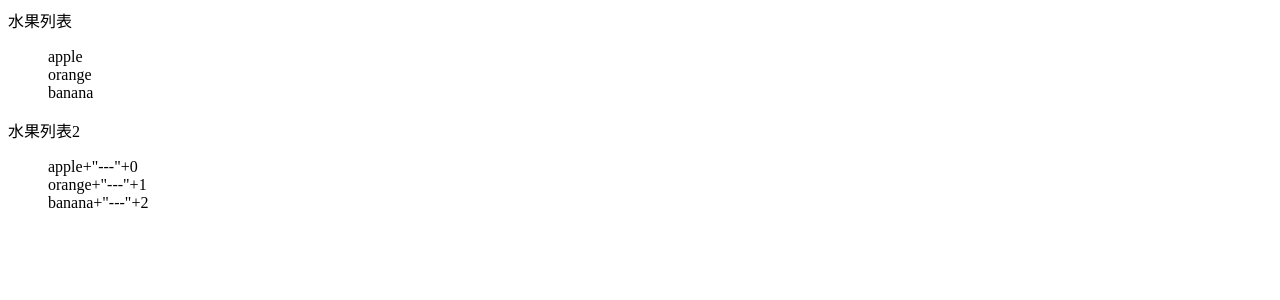
Repository: chenguocan/Vue_demo_1
Page: 循环结构.html
These files come from the project's save history. The page is drawn as it stood at one moment and after the next save; the edit follows.
The browser window is 1280 px wide. The pictures show the whole page.

Above is the page before, as saved 2020-07-20 15:49:19.

### 循环结构.html
<!DOCTYPE html>
<html lang="en">
  <head>
    <meta charset="UTF-8" />
    <meta name="viewport" content="width=device-width, initial-scale=1.0" />
    <title>Document</title>
    <style>
      li {
        list-style: none;
      }
    </style>
  </head>
  <body>
    <div id="app">
      <div>水果列表</div>
      <ul>
        <li v-for="item in fruits">{{item}}</li>
      </ul>
      <div>水果列表2</div>
      <ul>
        <li v-for="(item2,index) in fruits">{{item2}}+"---"+{{index}}</li>
      </ul>
    </div>
  </body>
  <script src="./js/vue.js"></script>
  <script>
    var app = new Vue({
      el: "#app",
      data: {
        fruits: ["apple", "orange", "banana"],
      },
      method: {},
    });
  </script>
</html>

Loaded but not shown: js/vue.js (library)

After the next save:
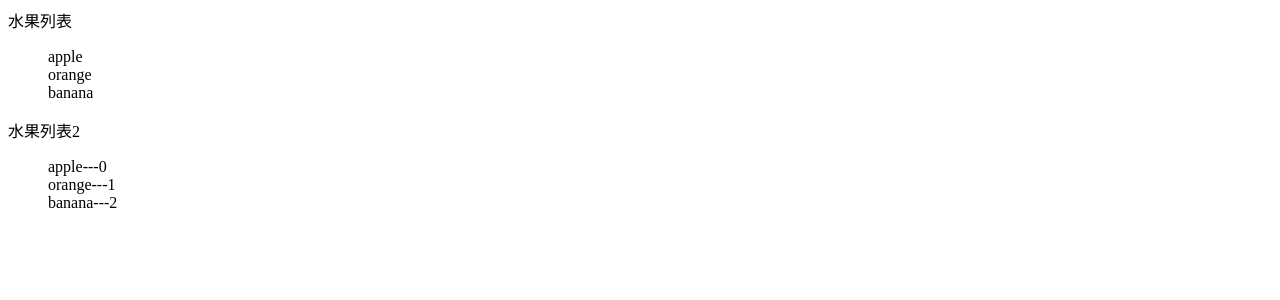
Saved 11 s later.
--- a/循环结构.html
+++ b/循环结构.html
@@ -18,7 +18,7 @@
       </ul>
       <div>水果列表2</div>
       <ul>
-        <li v-for="(item2,index) in fruits">{{item2}}+"---"+{{index}}</li>
+        <li v-for="(item2,index) in fruits">{{item2}}---{{index}}</li>
       </ul>
     </div>
   </body>
